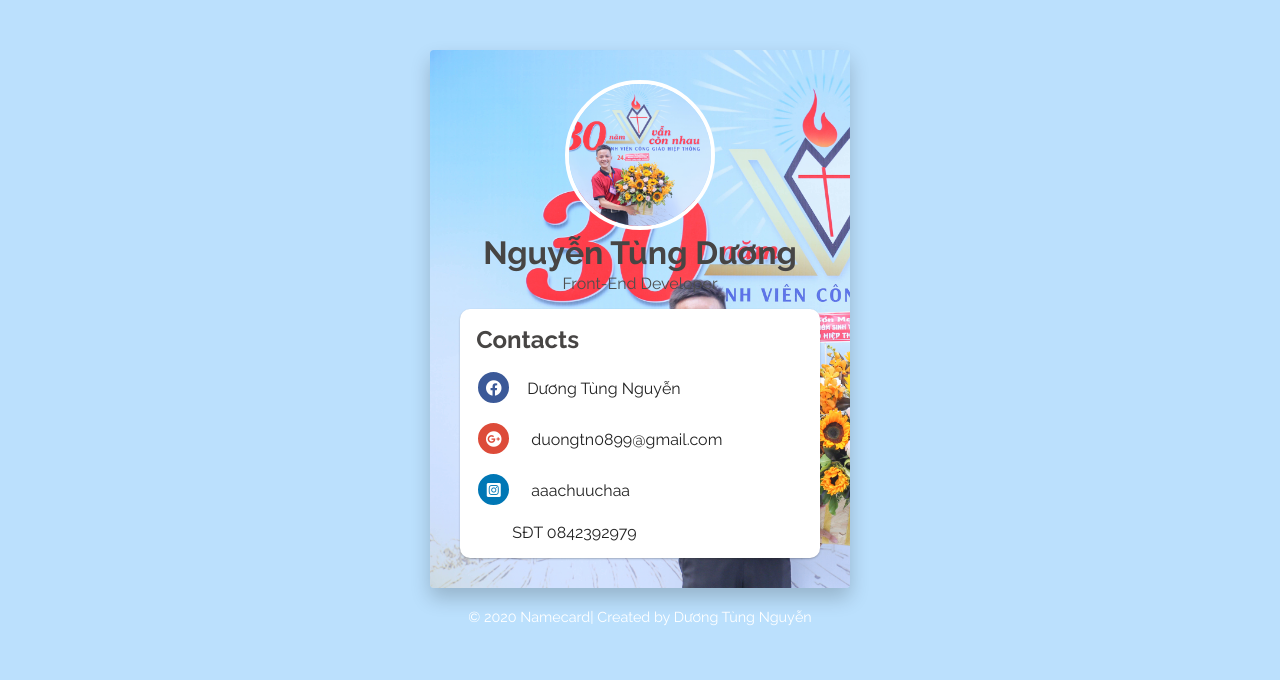
Repository: DuongTungNguyen0899/Card_Duong.github.io
Page: index.html
An editor plug-in stored every save of this project. The page is shown before and after the next save, followed by the edit.
The browser window is 1280 px wide. The pictures show the whole page.

Above is the page before, as saved 2021-06-27 18:40:25.

After the next save:
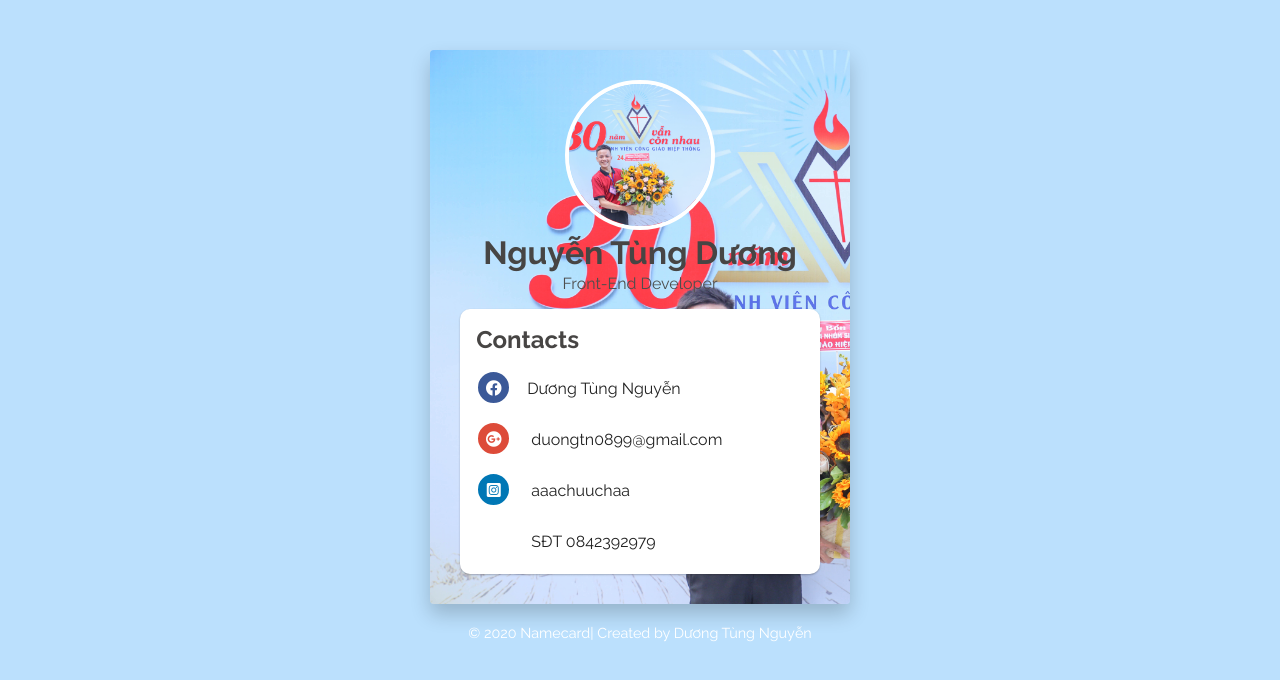
Saved 7 s later.
--- a/css/style.css
+++ b/css/style.css
@@ -131,7 +131,7 @@ h1 {
 	color: #333;
     text-align: center;
 }
-.social ul li a i.fab.fa-facebook,.social ul li a img.fab.fa-zalo,.social ul li a i.fab.fa-instagram-square,.social ul li a i.fab.fa-google-plus,.social ul li a i.fab .fa-phone{
+.social ul li a i.fab.fa-facebook,.social ul li a img.fab.fa-zalo,.social ul li a i.fab.fa-instagram-square,.social ul li a i.fab.fa-google-plus,.social ul li a i.fab.fa-phone{
     height: 35px;
     width: 35px;
     background: none;
